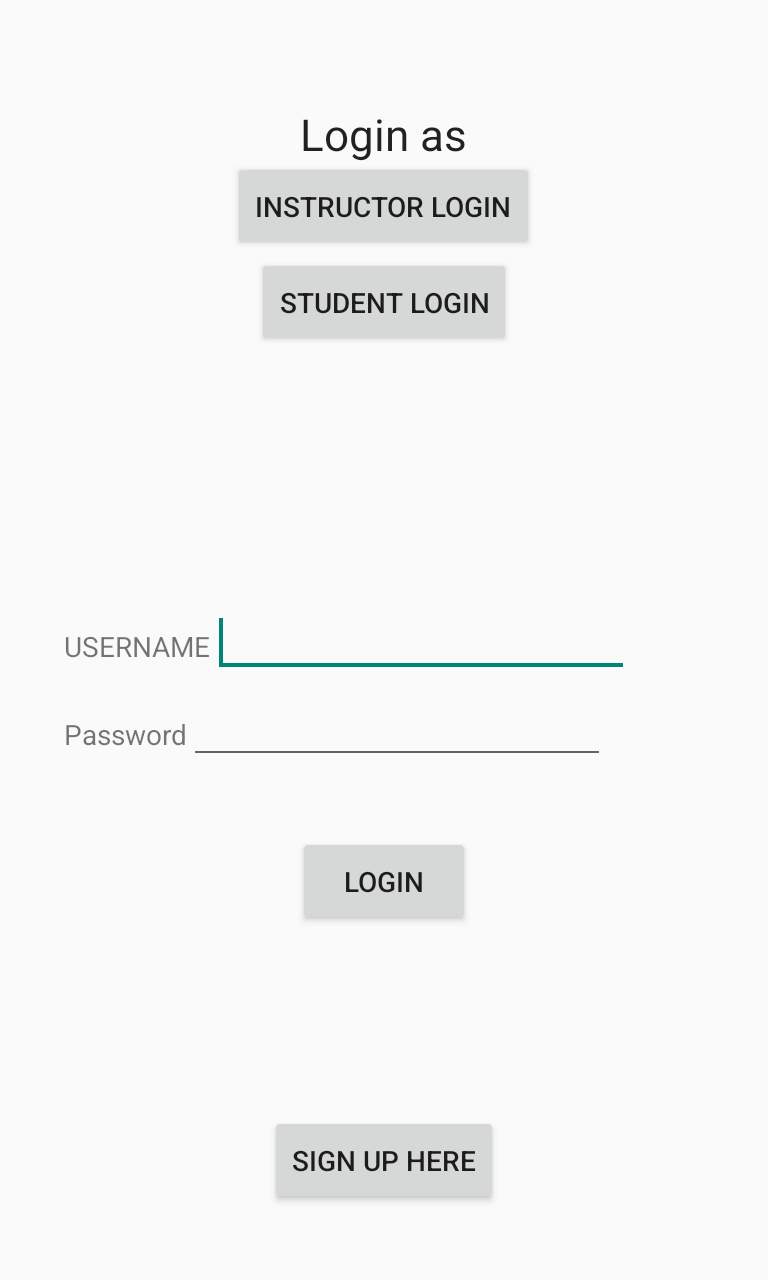
Repository: shuktika12163/ReWise
Layout: ReWise/res/layout/activity_main_login.xml
The author's editor kept a copy of each file at every save. The layout is drawn from the files as they stood at one save, then again after the next save.
It is drawn on a 768 x 1280 px phone screen (xhdpi) without system bars, with theme AppTheme; the app's code is not run.

Above is the layout before, as saved 2014-10-29 13:35:41.

### ReWise/res/layout/activity_main_login.xml
<RelativeLayout xmlns:android="http://schemas.android.com/apk/res/android"
    xmlns:tools="http://schemas.android.com/tools"
    android:layout_width="match_parent"
    android:layout_height="match_parent"
    android:paddingBottom="@dimen/activity_vertical_margin"
    android:paddingLeft="@dimen/activity_horizontal_margin"
    android:paddingRight="@dimen/activity_horizontal_margin"
    android:paddingTop="@dimen/activity_vertical_margin"
    tools:context="com.example.rewise.MainActivityLogin" >

    <TextView
        android:id="@+id/tv_password"
        android:layout_width="wrap_content"
        android:layout_height="wrap_content"
        android:layout_alignLeft="@+id/tv_username"
        android:layout_below="@+id/tv_username"
        android:layout_marginTop="25dp"
        android:text="Password" />

    <EditText
        android:id="@+id/et_username"
        android:layout_width="wrap_content"
        android:layout_height="wrap_content"
        android:layout_centerVertical="true"
        android:layout_toRightOf="@+id/tv_username"
        android:ems="10"
        android:inputType="textEmailAddress" >

        <requestFocus />
    </EditText>

    <EditText
        android:id="@+id/et_password"
        android:layout_width="wrap_content"
        android:layout_height="wrap_content"
        android:layout_alignBaseline="@+id/tv_password"
        android:layout_alignBottom="@+id/tv_password"
        android:layout_toRightOf="@+id/tv_password"
        android:ems="10"
        android:inputType="textPassword" />

    <TextView
        android:id="@+id/tv_username"
        android:layout_width="wrap_content"
        android:layout_height="wrap_content"
        android:layout_alignBaseline="@+id/et_username"
        android:layout_alignBottom="@+id/et_username"
        android:layout_alignParentLeft="true"
        android:layout_marginLeft="16dp"
        android:text="USERNAME" />

    <Button
        android:id="@+id/btn_instr_login"
        android:layout_width="wrap_content"
        android:layout_height="wrap_content"
        android:layout_alignParentTop="true"
        android:layout_centerHorizontal="true"
        android:layout_marginTop="63dp"
        android:text="Instructor Login" />

    <Button
        android:id="@+id/btn_login"
        android:layout_width="wrap_content"
        android:layout_height="wrap_content"
        android:layout_below="@+id/et_password"
        android:layout_centerHorizontal="true"
        android:layout_marginTop="32dp"
        android:text="Login" />

    <Button
        android:id="@+id/btn_stu_login"
        android:layout_width="wrap_content"
        android:layout_height="wrap_content"
        android:layout_below="@+id/btn_instr_login"
        android:layout_centerHorizontal="true"
        android:text="Student Login" />

    <Button
        android:id="@+id/button1"
        android:layout_width="wrap_content"
        android:layout_height="wrap_content"
        android:layout_alignParentBottom="true"
        android:layout_centerHorizontal="true"
        android:layout_marginBottom="20dp"
        android:text="Sign up here" />

    <TextView
        android:id="@+id/textView1"
        android:layout_width="wrap_content"
        android:layout_height="wrap_content"
        android:layout_alignParentTop="true"
        android:layout_centerHorizontal="true"
        android:layout_marginTop="36dp"
        android:text="Login as"
        android:textAppearance="?android:attr/textAppearanceLarge" />

</RelativeLayout>

Loaded but not shown: ReWise/res/values/styles.xml (common file); ReWise/res/values-v11/styles.xml (common file); ReWise/res/values-v14/styles.xml (common file); ReWise/res/values/dimens.xml (common file); ReWise/res/values-w820dp/dimens.xml (common file)

After the next save:
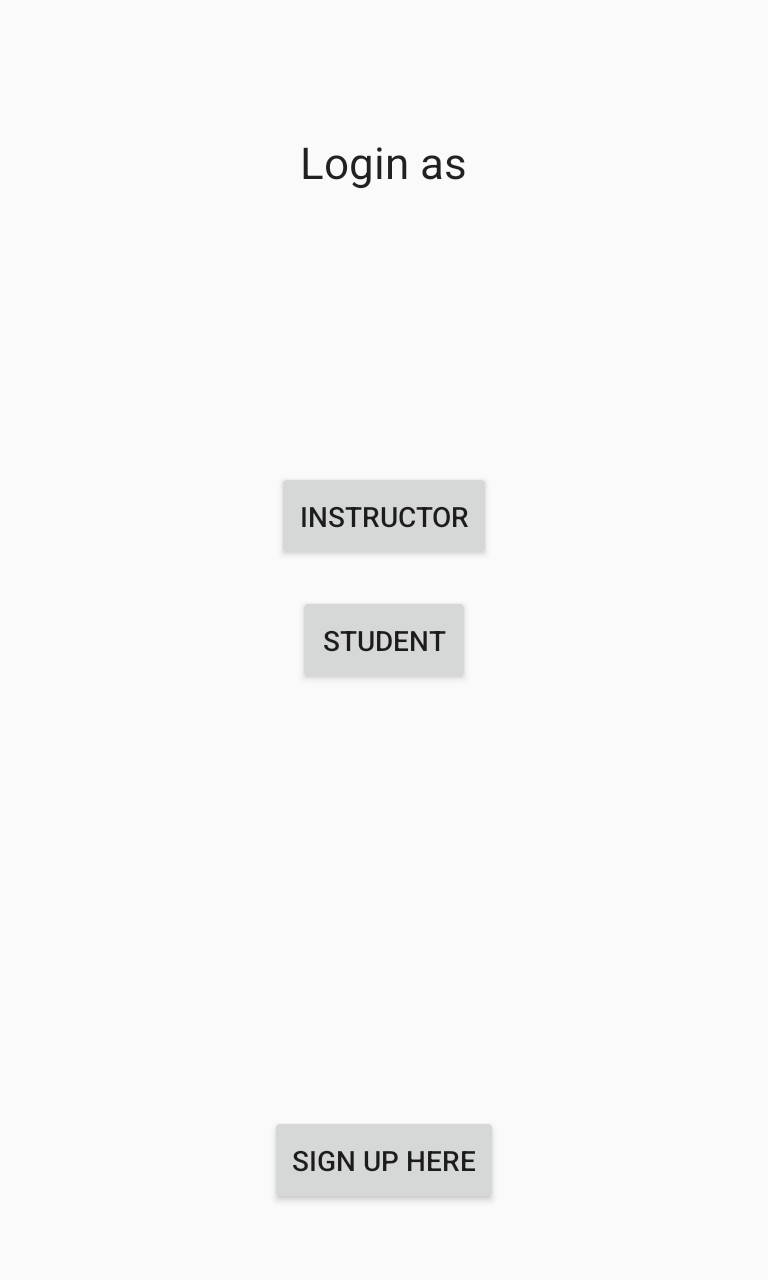
Saved 81 s later.
--- a/ReWise/res/layout/activity_main_login.xml
+++ b/ReWise/res/layout/activity_main_login.xml
@@ -7,73 +7,6 @@
     android:paddingRight="@dimen/activity_horizontal_margin"
     android:paddingTop="@dimen/activity_vertical_margin"
     tools:context="com.example.rewise.MainActivityLogin" >
-
-    <TextView
-        android:id="@+id/tv_password"
-        android:layout_width="wrap_content"
-        android:layout_height="wrap_content"
-        android:layout_alignLeft="@+id/tv_username"
-        android:layout_below="@+id/tv_username"
-        android:layout_marginTop="25dp"
-        android:text="Password" />
-
-    <EditText
-        android:id="@+id/et_username"
-        android:layout_width="wrap_content"
-        android:layout_height="wrap_content"
-        android:layout_centerVertical="true"
-        android:layout_toRightOf="@+id/tv_username"
-        android:ems="10"
-        android:inputType="textEmailAddress" >
-
-        <requestFocus />
-    </EditText>
-
-    <EditText
-        android:id="@+id/et_password"
-        android:layout_width="wrap_content"
-        android:layout_height="wrap_content"
-        android:layout_alignBaseline="@+id/tv_password"
-        android:layout_alignBottom="@+id/tv_password"
-        android:layout_toRightOf="@+id/tv_password"
-        android:ems="10"
-        android:inputType="textPassword" />
-
-    <TextView
-        android:id="@+id/tv_username"
-        android:layout_width="wrap_content"
-        android:layout_height="wrap_content"
-        android:layout_alignBaseline="@+id/et_username"
-        android:layout_alignBottom="@+id/et_username"
-        android:layout_alignParentLeft="true"
-        android:layout_marginLeft="16dp"
-        android:text="USERNAME" />
-
-    <Button
-        android:id="@+id/btn_instr_login"
-        android:layout_width="wrap_content"
-        android:layout_height="wrap_content"
-        android:layout_alignParentTop="true"
-        android:layout_centerHorizontal="true"
-        android:layout_marginTop="63dp"
-        android:text="Instructor Login" />
-
-    <Button
-        android:id="@+id/btn_login"
-        android:layout_width="wrap_content"
-        android:layout_height="wrap_content"
-        android:layout_below="@+id/et_password"
-        android:layout_centerHorizontal="true"
-        android:layout_marginTop="32dp"
-        android:text="Login" />
-
-    <Button
-        android:id="@+id/btn_stu_login"
-        android:layout_width="wrap_content"
-        android:layout_height="wrap_content"
-        android:layout_below="@+id/btn_instr_login"
-        android:layout_centerHorizontal="true"
-        android:text="Student Login" />
 
     <Button
         android:id="@+id/button1"
@@ -90,8 +23,25 @@
         android:layout_height="wrap_content"
         android:layout_alignParentTop="true"
         android:layout_centerHorizontal="true"
-        android:layout_marginTop="36dp"
+        android:layout_marginTop="50dp"
         android:text="Login as"
         android:textAppearance="?android:attr/textAppearanceLarge" />
 
+    <Button
+        android:id="@+id/btn_stu_login"
+        android:layout_width="wrap_content"
+        android:layout_height="wrap_content"
+        android:layout_centerHorizontal="true"
+        android:layout_centerVertical="true"
+        android:text="Student" />
+
+    <Button
+        android:id="@+id/btn_instr_login"
+        android:layout_width="wrap_content"
+        android:layout_height="wrap_content"
+        android:layout_above="@+id/btn_stu_login"
+        android:layout_centerHorizontal="true"
+        android:layout_marginBottom="14dp"
+        android:text="Instructor" />
+
 </RelativeLayout>
